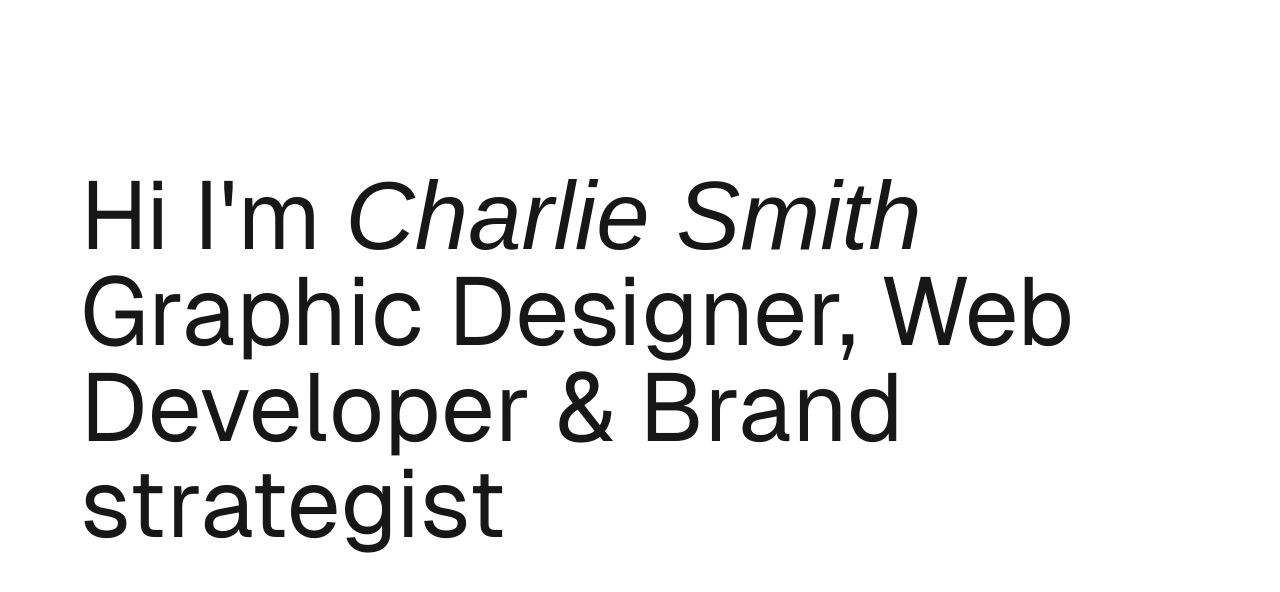
Repository: charlehs/portfolio
Page: /
An editor plug-in stored every save of this project. The page is shown before and after the next save, followed by the edit.
The browser window is 1280 px wide. The pictures show the whole page.
Some web fonts or font styles are not loaded; a fallback is used. The project was rebuilt for these pictures with package versions that can differ from the ones it lists, and the page was loaded fresh each time. The framework's server and built-in components were replaced by stand-ins that run in the browser. Also part of the build but not shown: next.config.ts.

Above is the page before, as saved 2025-01-02 16:38:38.

After the next save:
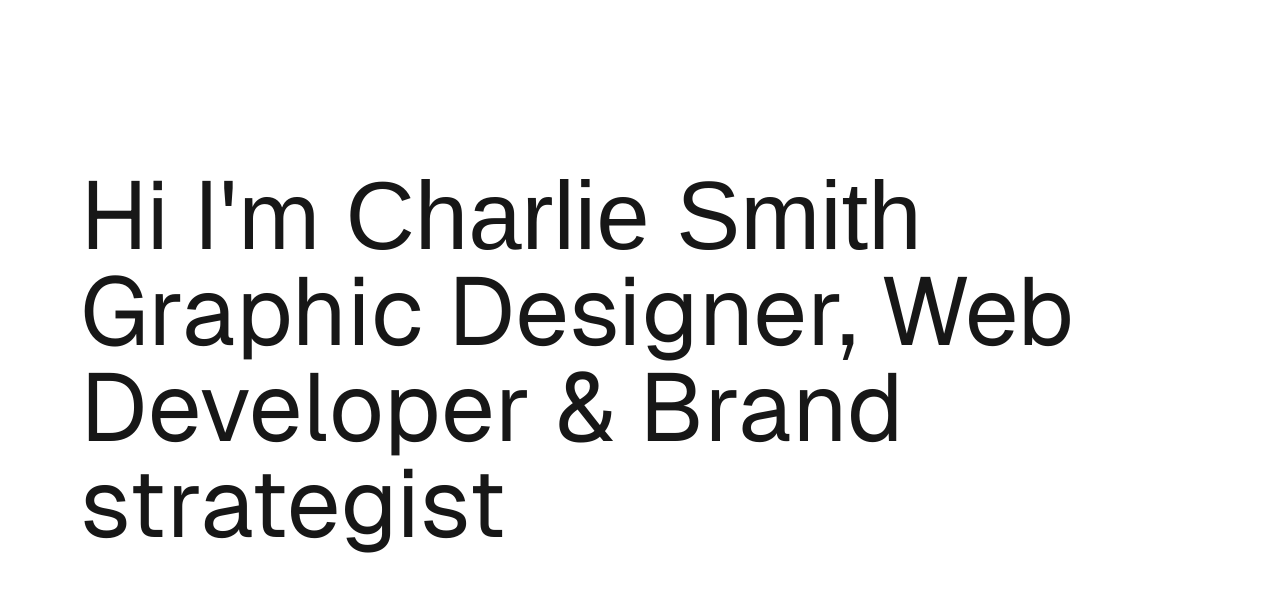
Saved 9 s later.
--- a/app/page.tsx
+++ b/app/page.tsx
@@ -5,7 +5,7 @@ export default function Home() {
     <div className="grid grid-rows-[20px_1fr_20px] items-center justify-items-center min-h-screen p-8 pb-20 gap-16 sm:p-20 font-[family-name:var(--font-geist-sans)]">
       <main className="flex flex-col gap-8 row-start-2 items-center sm:items-start">
         <p className=" text-8xl">
-          Hi I'm <span className="harmond-text italic">Charlie Smith</span>
+          Hi I'm <span className="harmond-text bold">Charlie Smith</span>
           <br /> Graphic Designer, Web Developer & Brand strategist
         </p>
       </main>
